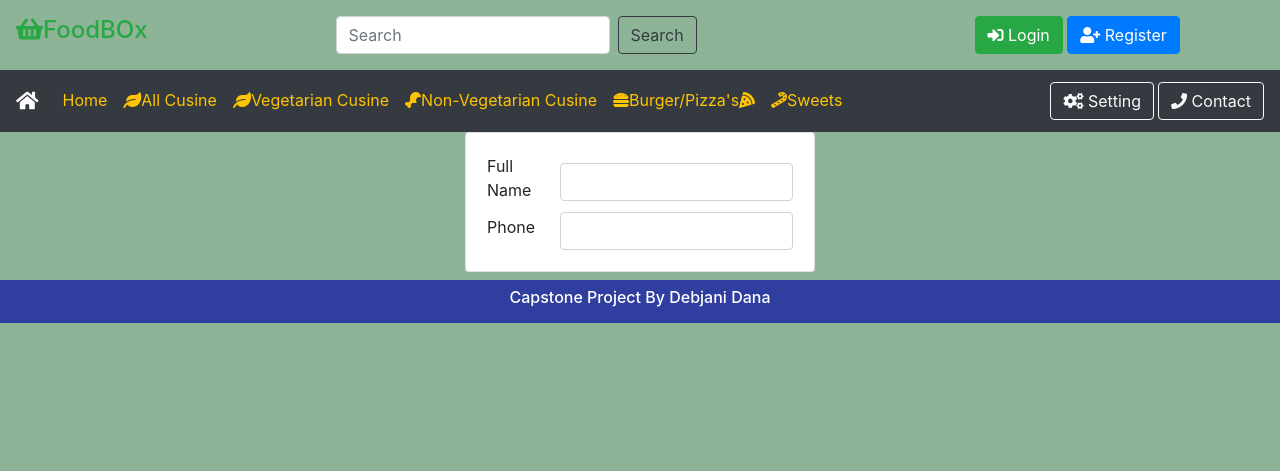
Repository: debjaniprofessional32/Capstone-Final-FoodBox-Delivery-Project
Page: http://localhost/OnlinFoodBOX/Edit_Profile.jsp
An editor plug-in stored every save of this project. The page is shown before and after the next save, followed by the edit.
The browser window is 1280 px wide. The pictures show the whole page.
Some web libraries are served in a nearby version. The page is served by Tomcat 9. Other server files are loaded and not shown.

Above is the page before, as saved 2022-12-23 11:20:15.

### OnlinFoodBOX/src/main/webapp/Edit_Profile.jsp
<%@ page language="java" contentType="text/html; charset=ISO-8859-1"
    pageEncoding="ISO-8859-1"%>
<!DOCTYPE html>
<html>
<head>
<meta charset="ISO-8859-1">
<title>Edit Profile</title>
<%@include file="all_Component/allCss.jsp"%>
</head>
<body style="background-color:#8DB496 ">
<%@include file="all_Component/navbar.jsp"%>

<div class="container">
<div class="row">
<div class="col-md-4 offset-md-4">
<div class="card">
<div class="card-body">
<form class="form-horizontal" action="" method="">

<table>
<tr>
<td>
    <label for="exampleInputEmail1">Full Name</label>
    </td>
    <td>
    <input type="text" class="form-control" name="fname" id="exampleInputEmail1" aria-describedby="emailHelp" required="required">
 </td>
 </tr>
 <tr>
 <td>
    <label for="exampleInputEmail1">Phone</label>
    </td>
    <td>
    <input type="number" class="form-control" name="phone" id="exampleInputEmail1" aria-describedby="emailHelp" required="required"">
 </td>
 </tr>








</table>





</form>


</div>



</div>


</div>




</div>




</div>


	<%@include file="all_Component/footer.jsp"%>

</body>
</html>

### OnlinFoodBOX/src/main/webapp/all_Component/allCss.jsp
<link rel="stylesheet"
	href="https://cdn.jsdelivr.net/npm/bootstrap@4.0.0/dist/css/bootstrap.min.css"
	integrity="sha384-Gn5384xqQ1aoWXA+058RXPxPg6fy4IWvTNh0E263XmFcJlSAwiGgFAW/dAiS6JXm"
	crossorigin="anonymous">
<script src="https://code.jquery.com/jquery-3.2.1.slim.min.js"
	integrity="sha384-KJ3o2DKtIkvYIK3UENzmM7KCkRr/rE9/Qpg6aAZGJwFDMVNA/GpGFF93hXpG5KkN"
	crossorigin="anonymous"></script>
<script
	src="https://cdn.jsdelivr.net/npm/popper.js@1.12.9/dist/umd/popper.min.js"
	integrity="sha384-ApNbgh9B+Y1QKtv3Rn7W3mgPxhU9K/ScQsAP7hUibX39j7fakFPskvXusvfa0b4Q"
	crossorigin="anonymous"></script>
<script
	src="https://cdn.jsdelivr.net/npm/bootstrap@4.0.0/dist/js/bootstrap.min.js"
	integrity="sha384-JZR6Spejh4U02d8jOt6vLEHfe/JQGiRRSQQxSfFWpi1MquVdAyjUar5+76PVCmYl"
	crossorigin="anonymous"></script>
<link rel="stylesheet"
	href="https://cdnjs.cloudflare.com/ajax/libs/font-awesome/5.15.3/css/all.min.css"
	integrity="sha512-iBBXm8fW90+nuLcSKlbmrPcLa0OT92xO1BIsZ+ywDWZCvqsWgccV3gFoRBv0z+8dLJgyAHIhR35VZc2oM/gI1w=="
	crossorigin="anonymous" referrerpolicy="no-referrer" />

### OnlinFoodBOX/src/main/webapp/all_Component/navbar.jsp
 <%@ taglib prefix="c" uri="http://java.sun.com/jsp/jstl/core" %>
 <%@ page isELIgnored = "false" %>
 <style type="text/css">
 .navbar {
     background: #000000
 }

 .nav-item::after {
     content: '';
     display: block;
     width: 0px;
     height: 2px;
     background: #fec400;
     transition: 0.4s
 }

 .nav-item:hover::after {
     width: 100%
 }

 .navbar-dark .navbar-nav .active>.nav-link,
 .navbar-dark .navbar-nav .nav-link.active,
 .navbar-dark .navbar-nav .nav-link.show,
 .navbar-dark .navbar-nav .show>.nav-link,
 .navbar-dark .navbar-nav .nav-link:focus,
 .navbar-dark .navbar-nav .nav-link:hover {
     color: #fec400
 }

 .nav-link {
     padding: 10px 5px;
     transition: 0.2s
 }

 body{
     background-color:grey;
 }
</style>
<div class="container-fluid p-3">
	<div class="row">

		<div class="col-md-3 text-success">

<h4><i class='fa fa-shopping-basket'></i>FoodBOx</h4>
		</div>

		<div class="col-md-6">
			<form class="form-inline my-2 my-lg-0">
				<input class="form-control mr-sm-2" type="search"
					placeholder="Search" aria-label="Search">
				<button class="btn btn-outline-dark my-2 my-sm-0" type="submit">Search</button>
			</form>
		</div>
		<c:if test="${not empty userobj}">
		<div class="col-md-3">
		    <a href="checkout.jsp" class="mt-6"><i class='fas fa-cart-plus fa-2x '></i></a>
			<a href="login.jsp" class="btn btn-success"><i class='fas fa-user-plus'></i>&nbsp;${userobj.name}</a>
			<a href="logout" class="btn btn-primary "><i class='fas fa-sign-in-alt'></i>&nbsp;Logout</a>
		</div>

		</c:if>
		<c:if test="${empty userobj}">
		<div class="col-md-3">
			<a href="login.jsp" class="btn btn-success"><i class='fas fa-sign-in-alt'></i>&nbsp;Login</a>
			<a href="rejister.jsp" class="btn btn-primary "><i class='fas fa-user-plus'></i>&nbsp;Register</a>
		</div>

		</c:if>

	</div>



</div>


<nav class="navbar navbar-expand-lg navbar-dark bg-dark">
  <a class="navbar-brand " href="#"><i class="fas fa-home"></i></a>
  <button class="navbar-toggler" type="button" data-toggle="collapse" data-target="#navbarSupportedContent" aria-controls="navbarSupportedContent" aria-expanded="false" aria-label="Toggle navigation">
    <span class="navbar-toggler-icon"></span>
  </button>

  <div class="collapse navbar-collapse" id="navbarSupportedContent">
    <ul class="navbar-nav mr-auto">
      <li class="nav-item active "><a class="nav-link " href="index.jsp">Home <span class="sr-only">(current)</span></a></li>
      <li class="nav-item active"><a class="nav-link" href="all_veg.jsp"><i class="fa fa-leaf"></i>All Cusine</a></li>
      <li class="nav-item active"><a class="nav-link" href="all_veg1.jsp"><i class="fa fa-leaf"></i>Vegetarian Cusine</a></li>
      <li class="nav-item active"><a class="nav-link " href="all_nonveg.jsp"><i class='fas fa-drumstick-bite'></i>Non-Vegetarian Cusine</a></li>
      <li class="nav-item active"><a class="nav-link " href="all_Bpizza.jsp"><i class='fas fa-hamburger'></i>Burger/Pizza's<i class='fas fa-pizza-slice'></i></a></li>
      <li class="nav-item active"><a class="nav-link " href="all_sweet.jsp"><i class='fas fa-candy-cane'></i>Sweets</a></li>
    </ul>
    <form class="form-inline my-2 my-lg-0">
     <a class="btn btn-outline-light my-2 my-sm-0" href="setting.jsp" class="outline-light"><i class='fa fa-cogs '></i>&nbsp;Setting</a>
      <button class="btn btn-outline-light my-2 my-sm-0 ml-1" type="submit"><i class='fa fa-phone'></i>&nbsp;Contact</button>
    </form>
  </div>
</nav>

### OnlinFoodBOX/src/main/webapp/all_Component/footer.jsp
<div class="container-fluid text-center text-white p-2 mt-2" style="background-color:#303f9f;">
<h6>Capstone Project By Debjani Dana</h6>

</div>

After the next save:
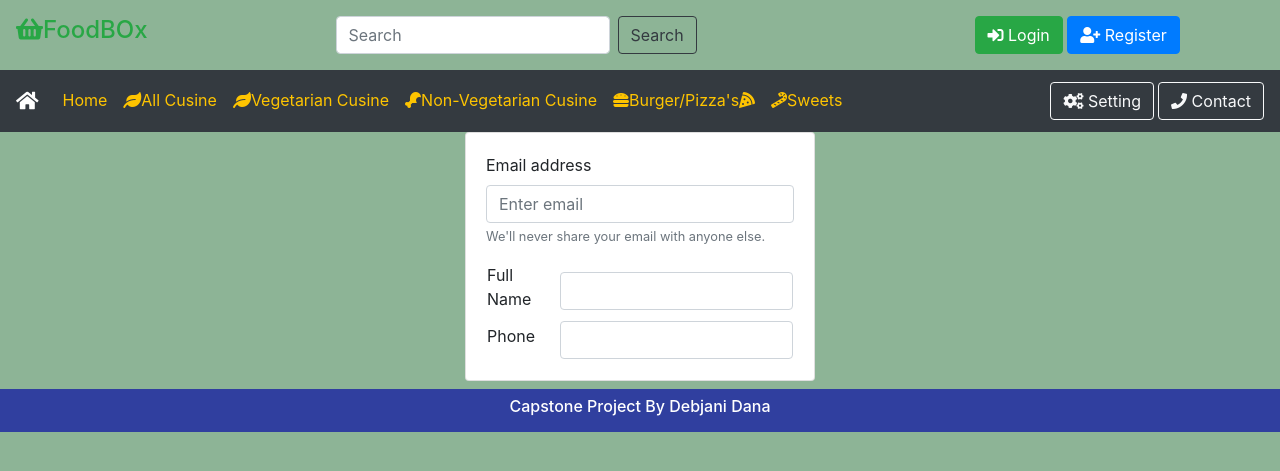
Saved 103 s later.
--- a/OnlinFoodBOX/src/main/webapp/Edit_Profile.jsp
+++ b/OnlinFoodBOX/src/main/webapp/Edit_Profile.jsp
@@ -34,7 +34,11 @@
     <input type="number" class="form-control" name="phone" id="exampleInputEmail1" aria-describedby="emailHelp" required="required"">
  </td>
  </tr>
-
+<div class="form-group">
+    <label for="exampleInputEmail1">Email address</label>
+    <input type="email" class="form-control" id="exampleInputEmail1" aria-describedby="emailHelp" placeholder="Enter email">
+    <small id="emailHelp" class="form-text text-muted">We'll never share your email with anyone else.</small>
+  </div>
 
 
 
